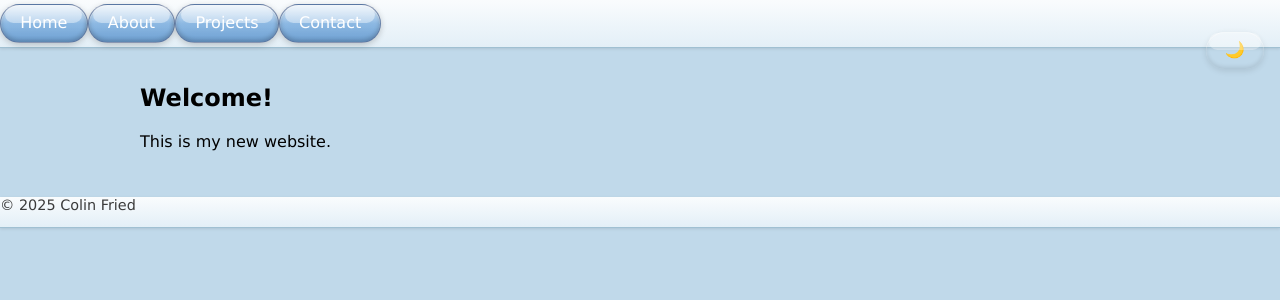
Repository: colinfdsaui/colin
Page: website.html
These files come from the project's save history. The page is drawn as it stood at one moment and after a run of saves; the edit follows.
The browser window is 1280 px wide. The pictures show the whole page.

Above is the page before, as saved 2025-07-09 09:23:14.

After the next 2 saves:
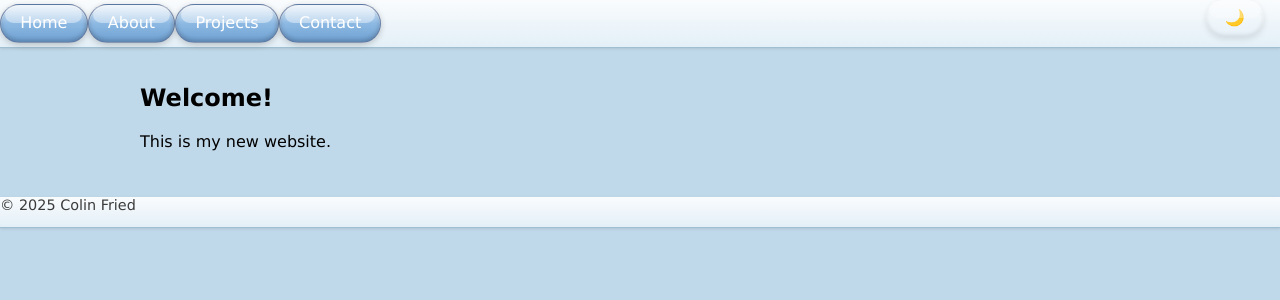
The 2 saves are shown as one change because they came seconds apart.
The last was saved 18 s later.
--- a/styles.css
+++ b/styles.css
@@ -59,7 +59,7 @@ html[data-theme="dark"] {
 
 #theme-toggle {
   position: fixed;
-  top: 2rem;
+  top: 0rem;
   right: 1rem;
   background: transparent;
   border: none;
